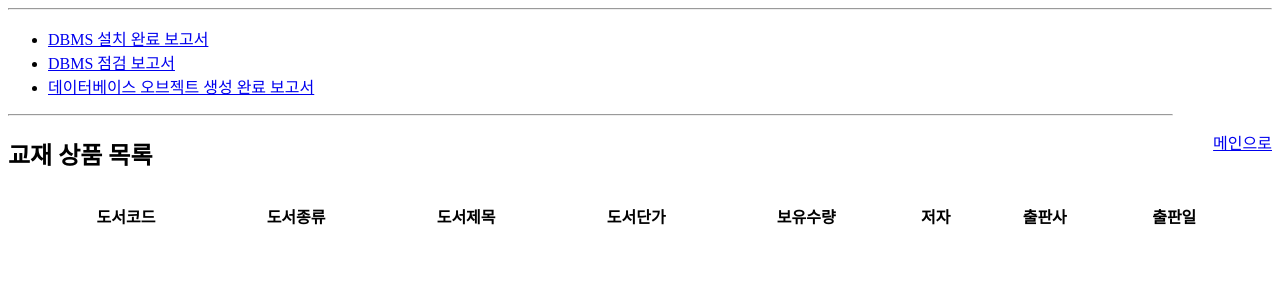
Repository: joon14/java11_database
Page: http://localhost/test01/report2.jsp
An editor plug-in stored every save of this project. The page is shown before and after the next save, followed by the edit.
The browser window is 1280 px wide. The pictures show the whole page.
The page is served by Tomcat 9. The template is opened directly, without the code that normally fills it, so the values that code supplies are empty.

Above is the page before, as saved 2024-03-29 07:07:34.

After the next save:
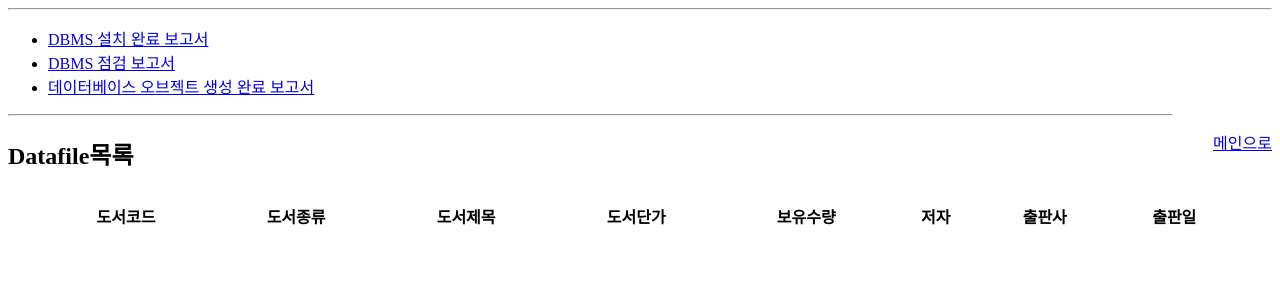
Saved 60 s later.
--- a/test01/WebContent/report2.jsp
+++ b/test01/WebContent/report2.jsp
@@ -113,13 +113,13 @@
 <html>
 <head>
 <meta charset="UTF-8">
-<title>교재 상품 목록</title>
+<title>DBMS 점검 보고서</title>
 </head>
 <body>
 <hr>
 <%@ include file="menu.jsp" %>
 <hr>
-<h2>교재 상품 목록</h2>
+<h2>Datafile목록</h2>
 <table style="width:1200px; margin:30px auto">
 	<thead>
 		<tr>
